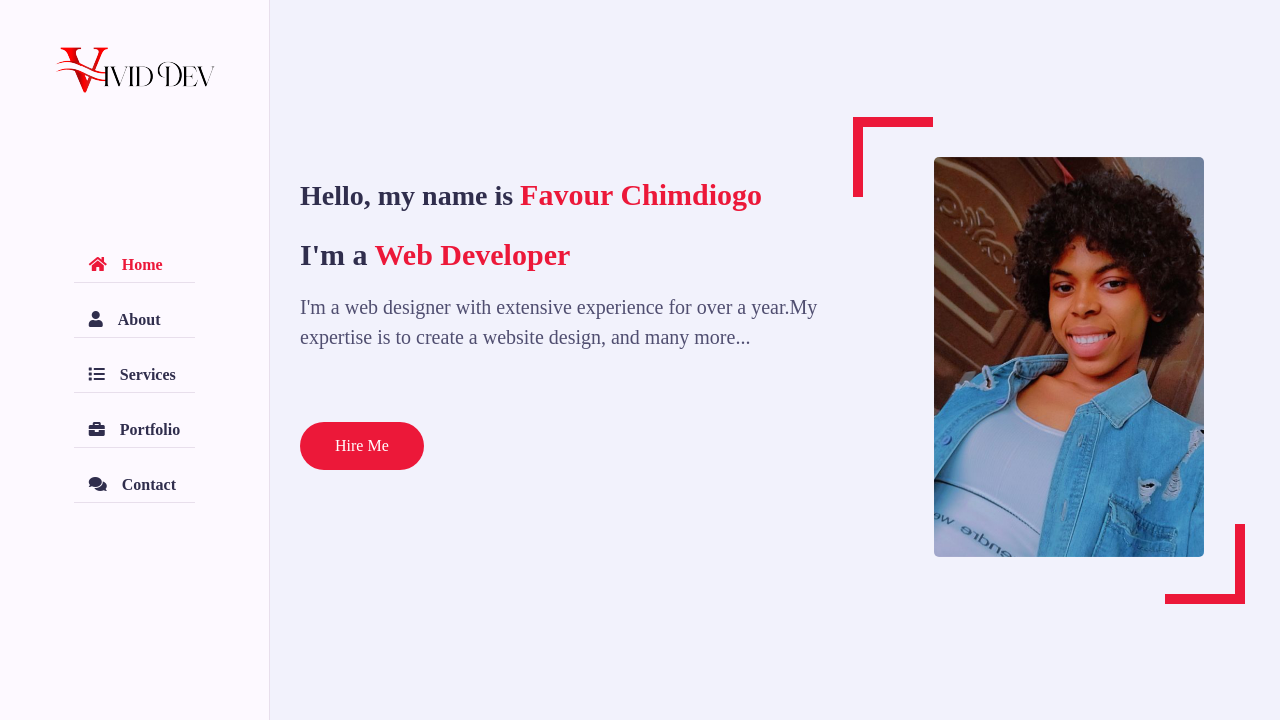
Repository: Big-Fave1/vivid-dev-portfolio
Page: build/index.html
These files come from the project's save history. The page is drawn as it stood at one moment and after the next save; the edit follows.
The browser window is 1280 px wide. The pictures show the whole page.
Some web fonts or font styles are not loaded; a fallback is used.

Above is the page before, as saved 2025-05-30 12:49:07.

### build/index.html
<!DOCTYPE html>
<html lang="en">
<head>
    <meta charset="UTF-8">
    <meta name="viewport" content="width=device-width, initial-scale=1.0">
    <title>Vivid Dev Portfolio</title>
    <link rel="stylesheet" href="css/style.css">
    <link rel="stylesheet" href="css/color-1.css">
    <link rel="stylesheet" href="https://cdnjs.cloudflare.com/ajax/libs/font-awesome/5.15.4/css/all.min.css">
</head>
<body>
    <!--- ==== main container Start==== -->
    <div class="main-container"></div>
    <!--- ==== Aside Start === -->
    <div class="aside">
        <div class="logo">
        <a href="#"><img src="img/vivid 3.png" alt=""></a>
        </div>
        <div class="nav-toggler">
            <i class="fa fa-bars" aria-hidden="true"></i>
        </div>
        <ul class="nav">
            <li><a href="#" class="active"><i class="fa fa-home"></i>Home</a></li>
            <li><a href="#"><i class="fa fa-user"></i>About</a></li>
            <li><a href="#"><i class="fa fa-list"></i>Services</a></li>
            <li><a href="#"><i class="fa fa-briefcase"></i>Portfolio</a></li>
            <li><a href="#"><i class="fa fa-comments"></i>Contact</a></li>
        </ul>
    </div>
    <!--- ==== Aside End === -->
    <!--- ==== Main content Start === -->
    <div class="main-content">
        <!--- === Home Section Start === -->
        <section class="home section">
            <div class="container">
                <div class="row">
                    <div class="home-info padd-15">
                        <h3 class="hello">Hello, my name is <span class="name">Favour Chimdiogo</span></h3>
                        <h3 class="my-profession">I'm a <Span class="typing">Web Developer</Span></h3>
                        <p>I'm a web designer with extensive experience for over a year.My expertise is to create a website design, and many more...</p>
                    <a href="#contact" class="btn hire-me">Hire Me</a>
                    </div>
                    <div class="home-img padd-15">
                        <img src="img/home image.jpg" alt="">
                    </div>
                </div>
            </div>
        </section>
        <!--- === Home Section End === -->
    </div>
    <!--- ==== Main content End === -->
    <!--- ====main container End === -->
</body>
</html>

### build/css/style.css

@import url('https://fonts.googleapis.com/css2?family=Clicker+Script&family=Poppins:ital,wght@0,100;0,200;0,300;0,400;0,500;0,600;0,700;0,800;0,900;1,100;1,200;1,300;1,400;1,500;1,600;1,700;1,800;1,900&display=swap');


:root
{
    --bg-black-900:#f2f2fc;
    --bg-black-100:#fdf9ff;
    --bg-black-50:#e8dfec;
    --text-black-900:#302e4d;
    --text-black-700:#504e70;

}

body
{
    line-height:1.5;
    font-size:16px;
    font-family: 'Poppins'sans-serif;
}

*
{
    margin: 0;
    padding: 0;
    outline:none;
    text-decoration:none;
    text-decoration:none;
    box-sizing: border-box;
}
::before, ::after
{
    box-sizing:border-box;
}
ul
{
    list-style: none;
}
.section
{
    background:var(--bg-black-900);
    min-height: 100vh;
    display: block;
    position: fixed;
    padding: 0 30px;
    left: 270px;
    top: 0;
    right: 0;
    z-index: 0;
    opacity: 1;
}
.padd-15
{
    padding-left: 15px;
    padding-right: 15px;
}
.container{
    max-width: 1100px;
    width: 100%;
    margin: auto;
}
.row
{
    display: flex;
    flex-wrap: wrap;
    margin-left: -15px;
    margin-right: -15px;
    position: relative;
}
.btn
{
    font-size: 16px;
    font-weight: 500;
    padding: 12px 35px;
    background: var(--skin-color);
    color: white;
    border: none;
    display: inline-block;
    white-space: nowrap;
    transition: all 0.3s ease;
    border-radius:40px;
}
.btn:hover
{
    transform: scale(1.05);
}
/* aside */
.aside
{
width: 270px;
background:var(--bg-black-100);
position: fixed;
left: 0;
top: 0;
padding: 30px;
height: 100%;
border-right:1px solid var(--bg-black-50);
z-index: 10;
display: flex;
justify-content: center;
align-items: center;
}
.aside .logo
{
    position: absolute;
    top: -30px;
    ;
}
.aside .logo a
{
    color: var(--bg-black-900);
    font-weight: 700;
    padding: 15px 20px;
    font-size: 30px;
    position: relative;
}
/*.aside .logo a span
.aside .logo a:before
{
    content:'';
    position: absolute;
    width: 20px;
    height: 20px;
    border-bottom: 5px solid var(--skin-color);
    border-left: 5px solid var(--skin-color);
    bottom: 0;
    left: 0;

}
.aside .logo a:after
{
    content:'';
    position: absolute;
    width: 20px;
    height: 20px;
    border-top: 5px solid var(--skin-color);
    border-right: 5px solid var(--skin-color);
    top: 0;
    right: 0;

}
    */
.aside .nav-toggler
{
    height: 40px;
    width: 45px;
    border: 1px solid var(--bg-black-50);
    cursor: pointer;
    position: fixed;
    left: 300px;
    top: 20px;
    color: var(--skin-color);
    border-radius: 5px;
    background:var(--bg-black-100);
    display: none;
    align-items:center;
    justify-content: center;
}
.aside .nav
{
    margin-top: 50px;
}
.aside .nav li
{
    margin-bottom: 20px;
    display: block;
}
.aside .nav li a
{
    font-size: 16px;
    font-weight: 600;
    display: block;
    border-bottom:1px solid var(--bg-black-50);
    color:var(--text-black-900);
    padding: 5px 15px;
}
.aside .nav li a.active
{
    color:var(--skin-color);
}
.aside .nav li a i
{
    margin-right: 15px;

}
/* home*/
.home
{
    min-height: 100vh;
    display: flex;
    color: var(--text-black-900);

}
.home-info
{
    flex: 0 60%;
    max-width: 60%;
}
h3.hello
{
    font-size: 28px;
    margin: 15PX 0;
}
h3.hello span
{
    font-family: 'clicker script', cursive;
    font-size: 30px;
    font-weight: 700;
    color:var(--skin-color);
}
h3.my-profession
{
    font-size:30px;
    margin: 15px 0;
}
.typing
{
    color: var(--skin-color);
}
.home-info p
{
    margin-bottom: 70px;
    font-size: 20px;
    color: var(--text-black-700);
}
.home .home-img
{
    flex: 0 0 40%;
    max-width: 40%;
    text-align: center;
    position: relative;
}
.home-img::after
{
    content: '';
    position: absolute;
    height: 80px;
    width: 80px;
    right: 20px;
    bottom: -40px;
    border-bottom: 10px solid var(--skin-color);
    border-right: 10px solid var(--skin-color);
}
.home-img::before
{
    content: '';
    position: absolute;
    height: 80px;
    width: 80px;
    left: -20px;
    top: -40px;
    border-top: 10px solid var(--skin-color);
    border-left: 10px solid var(--skin-color);
}
.home .home-img img
{
    margin: auto;
    border-radius:5px;

    height: 400px;

}

### build/css/color-1.css

:root
{
    --skin-color:#ec1839;
}

After the next save:
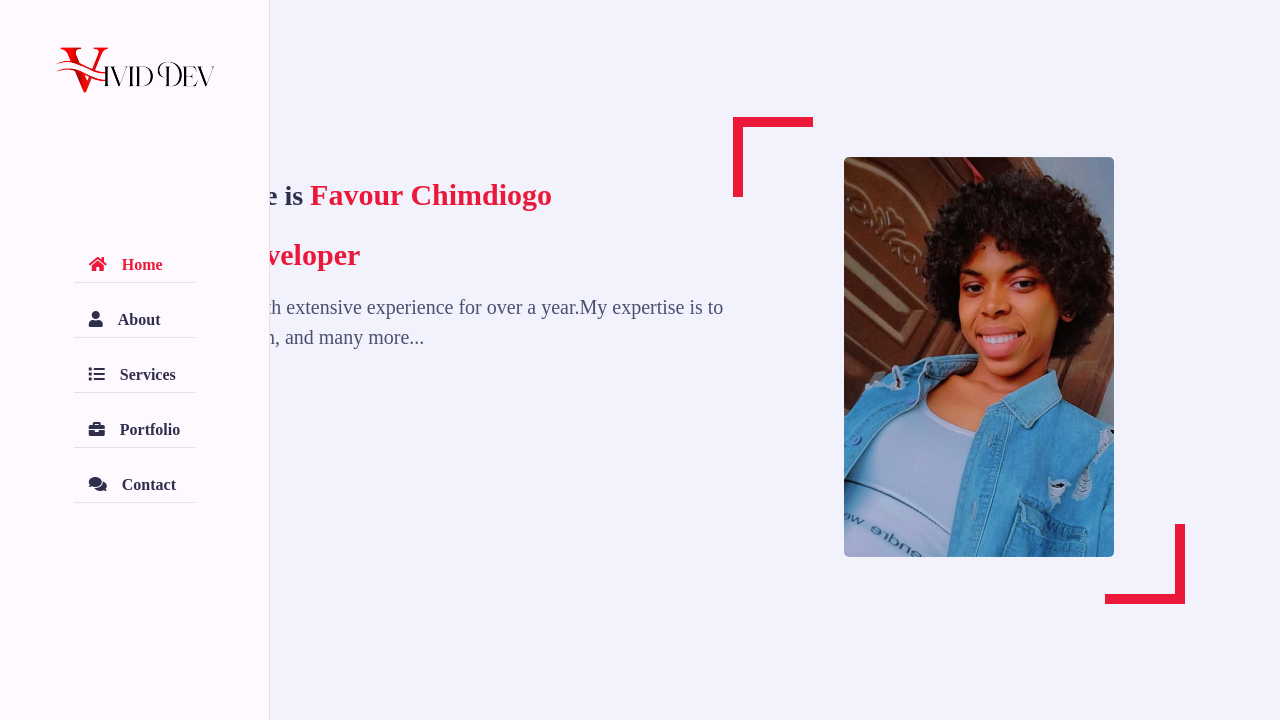
Saved 93 s later.
--- a/build/css/style.css
+++ b/build/css/style.css
@@ -41,12 +41,7 @@
     background:var(--bg-black-900);
     min-height: 100vh;
     display: block;
-    position: fixed;
     padding: 0 30px;
-    left: 270px;
-    top: 0;
-    right: 0;
-    z-index: 0;
     opacity: 1;
 }
 .padd-15

After the save that followed:
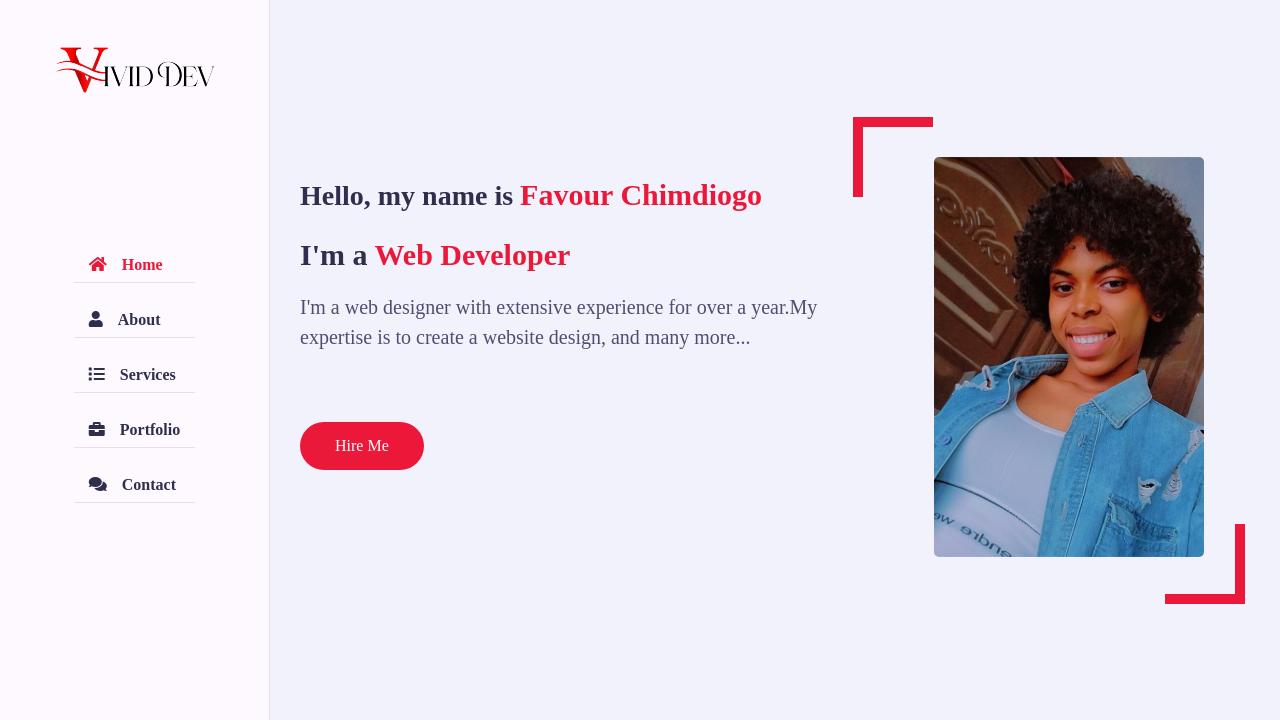
Saved 85 s later.
--- a/build/css/style.css
+++ b/build/css/style.css
@@ -43,6 +43,10 @@
     display: block;
     padding: 0 30px;
     opacity: 1;
+}
+.main-content
+{
+    padding-left: 270px;
 }
 .padd-15
 {
